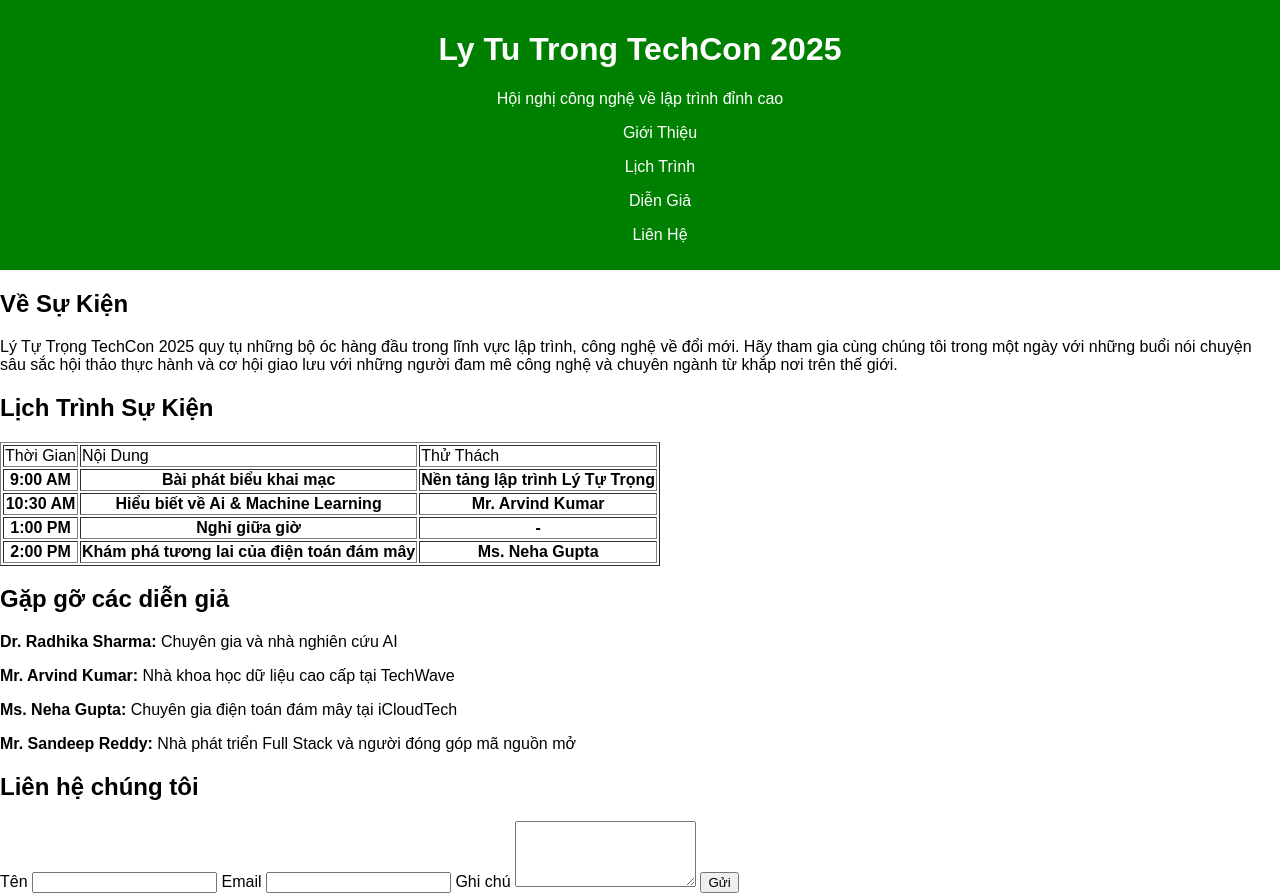
Repository: NhatMinh121/BaiTapVeNha1
Page: index.html
The author's editor kept a copy of each file at every save. The page is drawn from the files as they stood at one save, then again after the next save.
The browser window is 1280 px wide. The pictures show the whole page.

Above is the page before, as saved 2025-03-28 22:41:26.

After the next save:
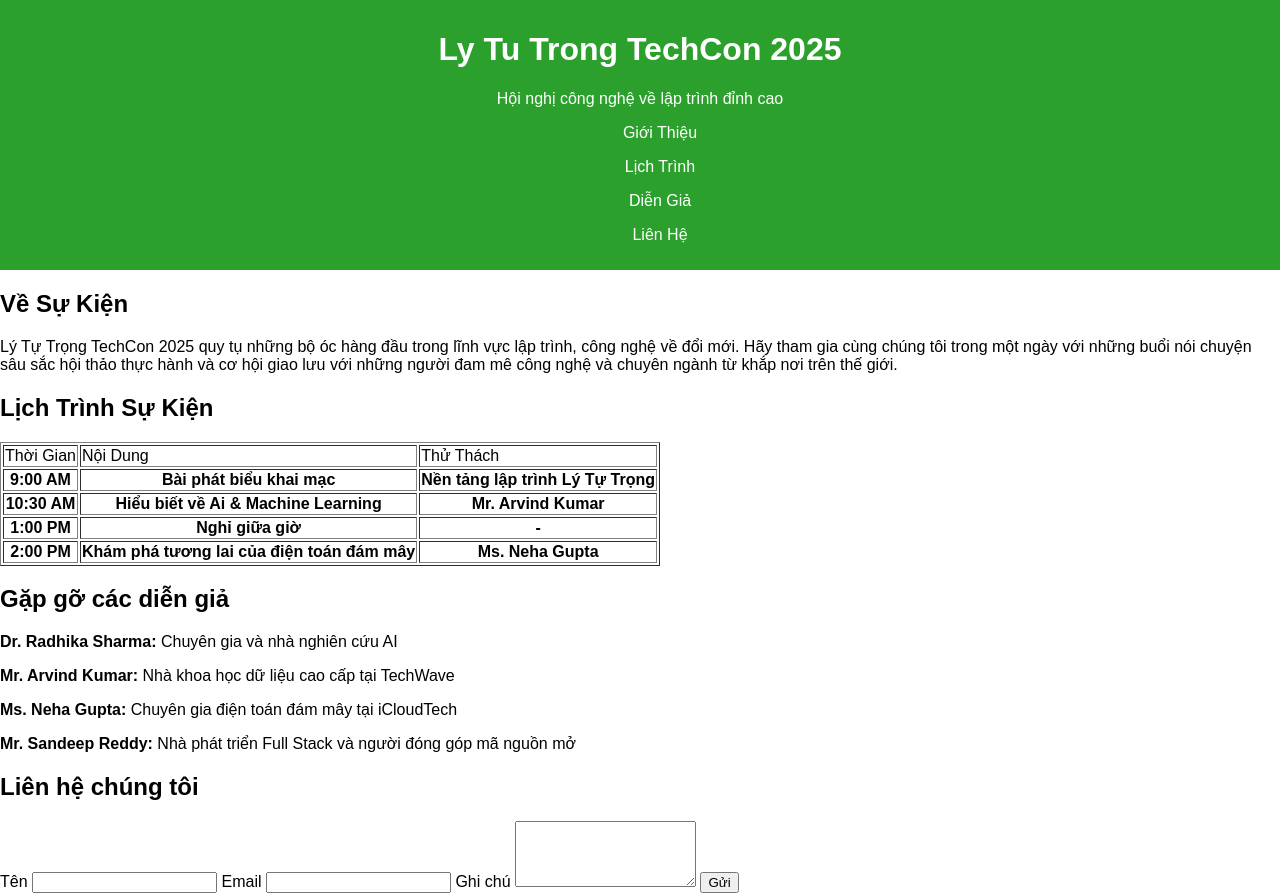
Saved 59 s later.
--- a/style.css
+++ b/style.css
@@ -6,7 +6,7 @@
 }
 
 header {
-    background-color: green;
+    background-color: #2ca02c;
     color: white;
     padding: 10px 0;
     text-align: center;
